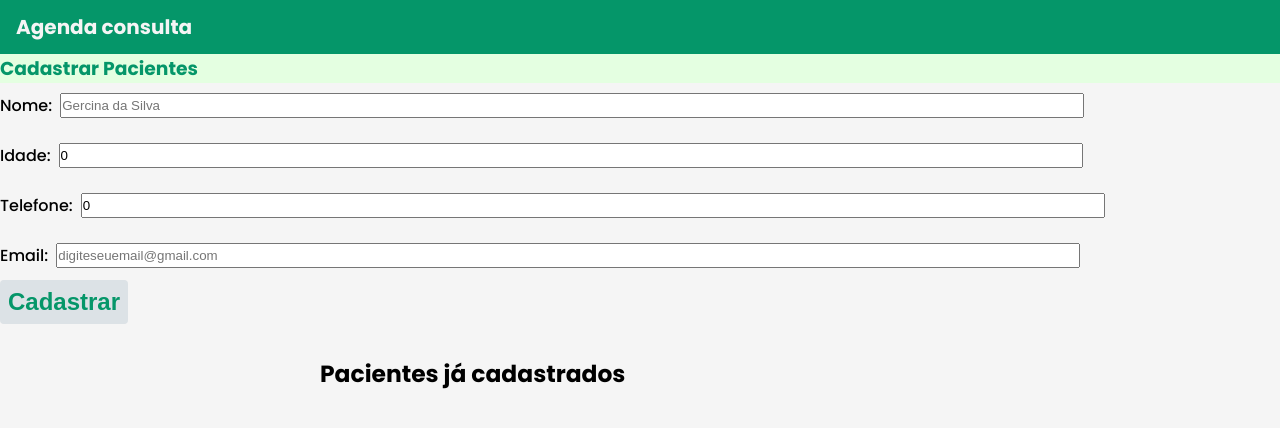
Repository: BarbaraCD/agendaconsulta
Page: /
An editor plug-in stored every save of this project. The page is shown before and after the next save, followed by the edit.
The browser window is 1280 px wide. The pictures show the whole page.
The page's requests for data from a server got no answer. The project was rebuilt for these pictures with package versions that can differ from the ones it lists, and the page was loaded fresh each time. No one was signed in, and anything a server would have sent is missing. Also part of the build but not shown: vite.config.ts, src/styles/StyleList.ts, src/components/Patients.tsx.

Above is the page before, as saved 2023-07-28 15:08:22.

### index.html
<!DOCTYPE html>
<html lang="en">
  <head>
    <meta charset="UTF-8" />
    <link rel="icon" type="image/svg+xml" href="/vite.svg" />
    <meta name="viewport" content="width=device-width, initial-scale=1.0" />

    <link rel="preconnect" href="https://fonts.googleapis.com">
    <link rel="preconnect" href="https://fonts.gstatic.com" crossorigin>
    <link href="https://fonts.googleapis.com/css2?family=Poppins:wght@400;500;700&display=swap" rel="stylesheet">

    <title>Agendamento de Consulta</title>
  </head>
  <body>
    <div id="root"></div>
    <script type="module" src="/src/main.tsx"></script>
  </body>
</html>

### src/main.tsx
import React from 'react'
import ReactDOM from 'react-dom/client'
import App from './App.tsx'
import { ThemeProvider } from 'styled-components'
import { theme } from './styles/Theme.ts'

ReactDOM.createRoot(document.getElementById('root')!).render(
  <React.StrictMode>
    <ThemeProvider theme={theme}>
      <App />
    </ThemeProvider>
  </React.StrictMode>,
)

### src/App.tsx
import './styles/global'
import { Header } from './components/Header'
import GlobalStyle from './styles/global'
import { CreatePatient } from './components/CreatePatient'

function App() {

  return (
    <>
      <GlobalStyle />
      <Header />
      {/* <Sidebar /> */}
      {/* <CreateDoctor/> */}
      <CreatePatient />

    </>
  )
}

export default App

### src/styles/Theme.ts

export const theme = {
  colors: {
    primary: '#059669',
    head: '#059669B3',
    900: '#6A8D73',
    800: '#AFC5A6',
    700: '#F4FDD9',
    100: '#E4FFE1',

    sbcolor: '#DCE2E6',
    gray: '#41414D',
    black: '#000',
    white: '#f5f5f5',
  },

  size: {
    sm: '14px',
    md: '16px',
    lg: '18px',
    xl: '20px',
    xxl: '24px'
  }
}

### src/styles/global.ts
import { createGlobalStyle } from 'styled-components'

export default createGlobalStyle`
  *{
    margin: 0;
    padding: 0;
    box-sizing: border-box;
  }
  body{
    font-family: 'Poppins', sans-serif;
    background: ${(props) => props.theme.colors.white};
    font-size: ${(props) => props.theme.size.xl};
  }
`

### src/components/Header.tsx
import { styled } from "styled-components"

const Container = styled.div`
  background-color: ${(props) => props.theme.colors.primary};
  padding: 12px 16px;
  color: ${(props) => props.theme.colors.white};
  font-weight: 700;
`

export function Header(){
  return (
    <Container>
      Agenda consulta
    </Container>
  )
}

### src/components/CreatePatient.tsx
import { useEffect, useState } from 'react'
import { Patients, PatientsProps } from './Patients'
import { createPatient, getPatient } from '../services/patient.services'
import { InputPatients } from './InputPatient'
import { SubmitButton } from './SubmitButton'
import { Container, Container2 }  from '../styles/CreateContainer'


export function CreatePatient(){

  const [patients, setPatients] = useState<PatientsProps[]>([])
  const [newPatient, setNewPatient] = useState<PatientsProps>({
    id: 0,
    name: '',
    age: 0,
    telephone: 0,
    email:''
  })

  useEffect(() => {
    fetchPatient().catch((error) => {
      console.error('Error fetching Patients:', error);
    });
  }, []);

  async function fetchPatient() {
    try {
      const response: PatientsProps[] = await getPatient();
      setPatients(response);
    } catch (error) {
      console.error('Error fetching Patients:', error);
    }
  }

  async function createNewPatient(){
    if(
      newPatient?.name.trim() !== '' &&
      typeof newPatient?.age === 'number' && newPatient?.age > 0 &&
      typeof newPatient?.telephone === 'number' && newPatient?.telephone > 0 &&
      newPatient?.email.trim() !== ''
      ){
        try {
          await createPatient(newPatient.name, newPatient.age, newPatient.telephone, newPatient.email);
          await fetchPatient();
            setNewPatient({
              id: 0,
              name: '',
              age: 0,
              telephone: 0,
              email: ''
            })
        console.log("Médico cadastrado com sucesso!")
        } catch(error){
          console.log("Erro ao cadastrar medico:", error)
        }
      } else {
        console.error("Por favor, preencha todos os campos corretamente.")
      }
  }

  return(
    <Container>
      <InputPatients
        name={newPatient.name}
        age={newPatient.age}
        telephone={newPatient.telephone}
        email={newPatient.email}
        onNameChange={(value) => setNewPatient({ ...newPatient, name: value })}
        onAgeChange={(value) => setNewPatient({ ...newPatient, age: value })}
        onTelephoneChange={(value) => setNewPatient({ ...newPatient, telephone: value})}
        onEmailChange={(value) =>
          setNewPatient({ ...newPatient, email: value })
        }
      />

        <SubmitButton onClick={createNewPatient}/>
        <Container2>
          <h3>Pacientes já cadastrados</h3>
          {patients.length > 0 && (
            patients.map((patients) => (
              <Patients
                id={patients.id}
                key={patients.id}
                name={patients.name}
                age={patients.age}
                telephone={patients.telephone}
                email={patients.email}
              />
            ))
          )}
        </Container2>

    </Container>
  )
}

### src/services/patient.services.ts
import axios from 'axios';
import { PatientsProps } from '../components/Patients'
import { api } from './ApiConfig'

export async function getPatient(): Promise<PatientsProps[]> {
  try {
    const response = await axios.get('http://localhost:3333/patient');
    // eslint-disable-next-line @typescript-eslint/no-unsafe-return
    return response.data;
  } catch (error) {
    throw new Error('Erro ao obter dados dos pacientes:');
  }
}

export async function createPatient(name: string, age: number, telephone: number, email: string){
  return api.post('/patient', {
    name,
    age,
    telephone,
    email,
  })
}

### src/components/InputPatient.tsx
import { InputContainer } from '../styles/InputContainer'

interface InputPatientsProps{
  name: string
  age: number
  telephone: number
  email: string
  onNameChange: (value: string) => void
  onAgeChange: (value: number) => void
  onTelephoneChange: (value: number) => void
  onEmailChange: (value: string) => void
}

export function InputPatients(props: InputPatientsProps) {
  return (
    <InputContainer>
      <h3>Cadastrar Pacientes</h3>
        <label>
          <p>Nome:</p>
          <input
            type="text"
            name="nome"
            value={props.name}
            onChange={(event) => props.onNameChange(event.target.value)}
            placeholder='Gercina da Silva'
          />
        </label>
        <br />
        <label>
          <p>Idade:</p>
          <input
            type="text"
            name="idade"
            value={props.age}
            onChange={(event) => props.onAgeChange(Number(event.target.value))}
            placeholder='idade'
          />
        </label>
        <br />
        <label>
          <p>Telefone:</p>
          <input
            type="text"
            name="telefone"
            value={props.telephone}
            onChange={(event) => props.onTelephoneChange(Number(event.target.value))}
          />
        </label>
        <br />
        <label>
          <p>Email:</p>
          <input
            type="text"
            name="email"
            value={props.email}
            onChange={(event) => props.onEmailChange(event.target.value)}
            placeholder='digiteseuemail@gmail.com'
          />
        </label>
    </InputContainer>
  );
}

### src/components/SubmitButton.tsx
import { styled } from "styled-components"

interface SubmitButtonProps {
  onClick: () => void
}

const StyledButton = styled.button`
  padding: 8px;
  margin: 12px 0;
  border-radius: 4px;
  color: ${(props) => props.theme.colors.primary};
  border: none;
  background-color: ${(props) => props.theme.colors.sbcolor};
  cursor: pointer;

  p{
    font-size: ${(props) => props.theme.size.xxl};
    font-weight: 700;
  }
`

export function SubmitButton({ onClick }: SubmitButtonProps) {
  return (
    <StyledButton onClick={onClick}>
      <p>
        Cadastrar
      </p>
    </StyledButton>
  )
}

### src/styles/CreateContainer.ts
import styled from "styled-components"

export const Container = styled.div`
  background-color: ${(props) => props.theme.colors.white};
  justify-content: start;
  align-items: center;
`

export const Container2 = styled.div`
  display: flex;
  flex-direction: column;
  margin-left: 300px;
  padding: 20px;
`
export const Container3 = styled.div`
  margin-top: 24px;
  padding: 12px 0;

  h3{
    font-size: ${(props) => props.theme.size.xl};
    color: ${(props) => props.theme.colors.primary};
    background-color: ${(props) => props.theme.colors[100]};
    margin-bottom: 12px;
  }

  p{
    font-size: ${(props) => props.theme.size.md};
    font-weight: 400;
  }
`

### src/services/ApiConfig.ts
import axios from "axios";

export const api = axios.create({
  baseURL: 'http://localhost:3333',
})

### src/styles/InputContainer.ts
import styled from "styled-components"

export const InputContainer = styled.div`
  justify-content: start;
  align-items: center;
  color: ${(props) => props.theme.colors.black};
  font-size: ${(props) => props.theme.size.md};

  h3 {
    background-color: ${(props) => props.theme.colors[100]};
    color: ${(props) => props.theme.colors.primary};
    margin-bottom: 10px;
  }

  label {
    display: flex;
    margin-right: 4px;
  }

  p{
    font-size: ${(props) => props.theme.size.md};
    font-weight: 500;
  }

  input {
    width: 80vw;
    margin-left: 8px;
  }
`

After the next save:
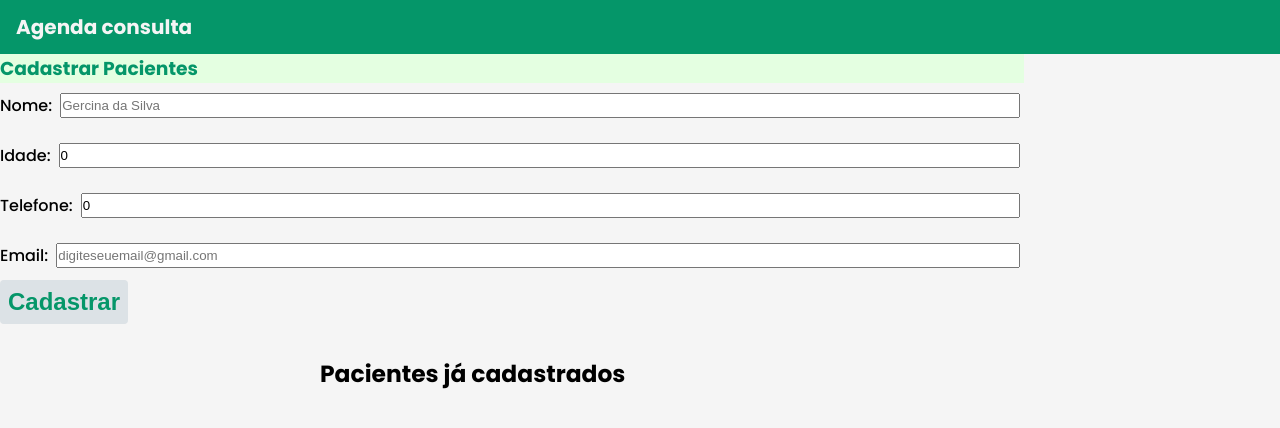
Saved 46 s later.
--- a/src/styles/CreateContainer.ts
+++ b/src/styles/CreateContainer.ts
@@ -2,6 +2,7 @@
 
 export const Container = styled.div`
   background-color: ${(props) => props.theme.colors.white};
+  width: 80vw;
   justify-content: start;
   align-items: center;
 `

After the 2 saves that followed:
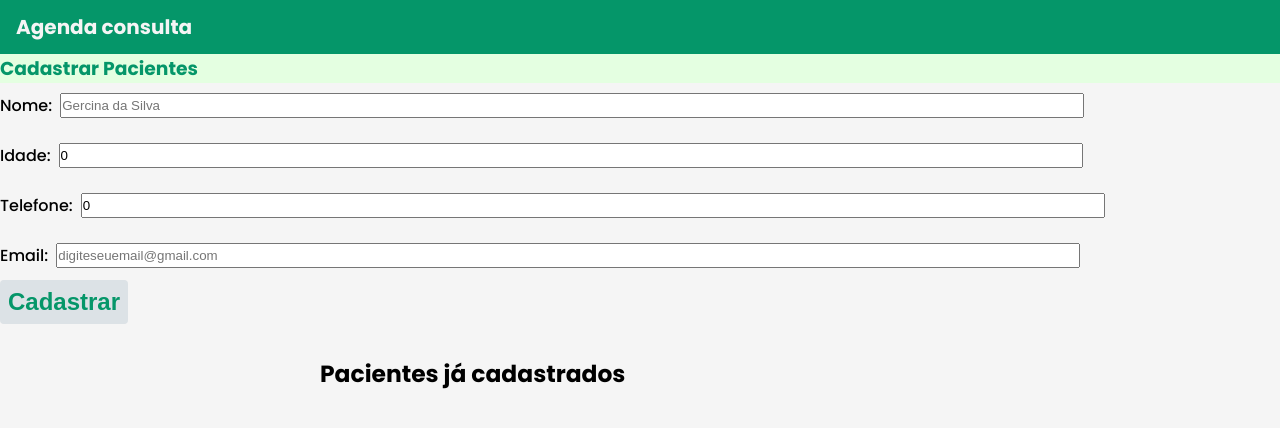
The 2 saves are shown as one change because 1 left the picture as it was.
The last was saved 78 s later.
--- a/src/styles/CreateContainer.ts
+++ b/src/styles/CreateContainer.ts
@@ -2,7 +2,6 @@
 
 export const Container = styled.div`
   background-color: ${(props) => props.theme.colors.white};
-  width: 80vw;
   justify-content: start;
   align-items: center;
 `
